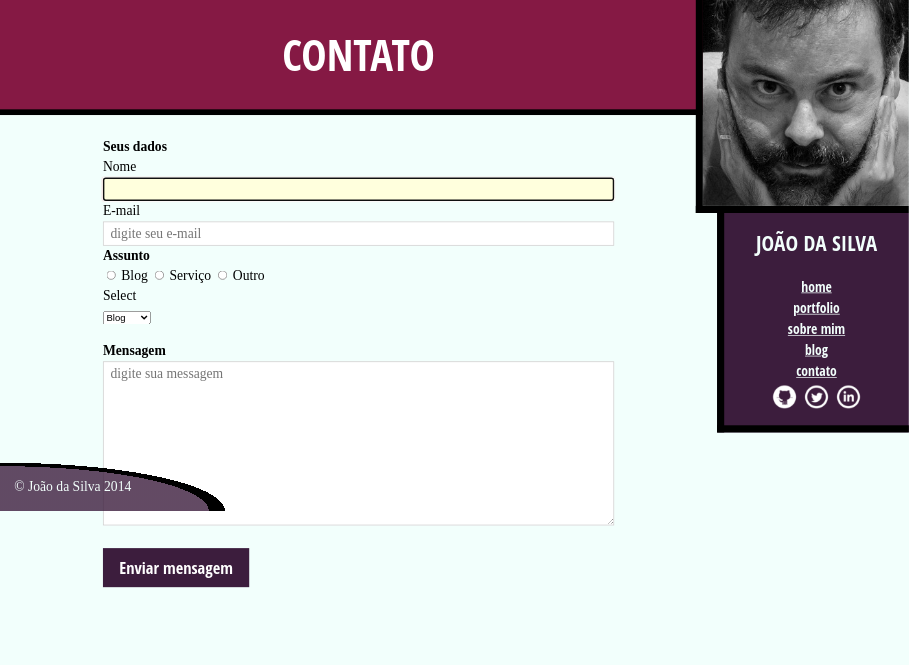
Repository: MichelMiola/html5Css3Avancado
Page: projeto/contato.html
These files come from the project's save history. The page is drawn as it stood at one moment and after the next save; the edit follows.
The browser window is 1280 px wide. The pictures show the whole page, at 71% of full size.
Some web fonts or font styles are not loaded; a fallback is used.

Above is the page before, as saved 2015-03-25 15:13:35.

After the next save:
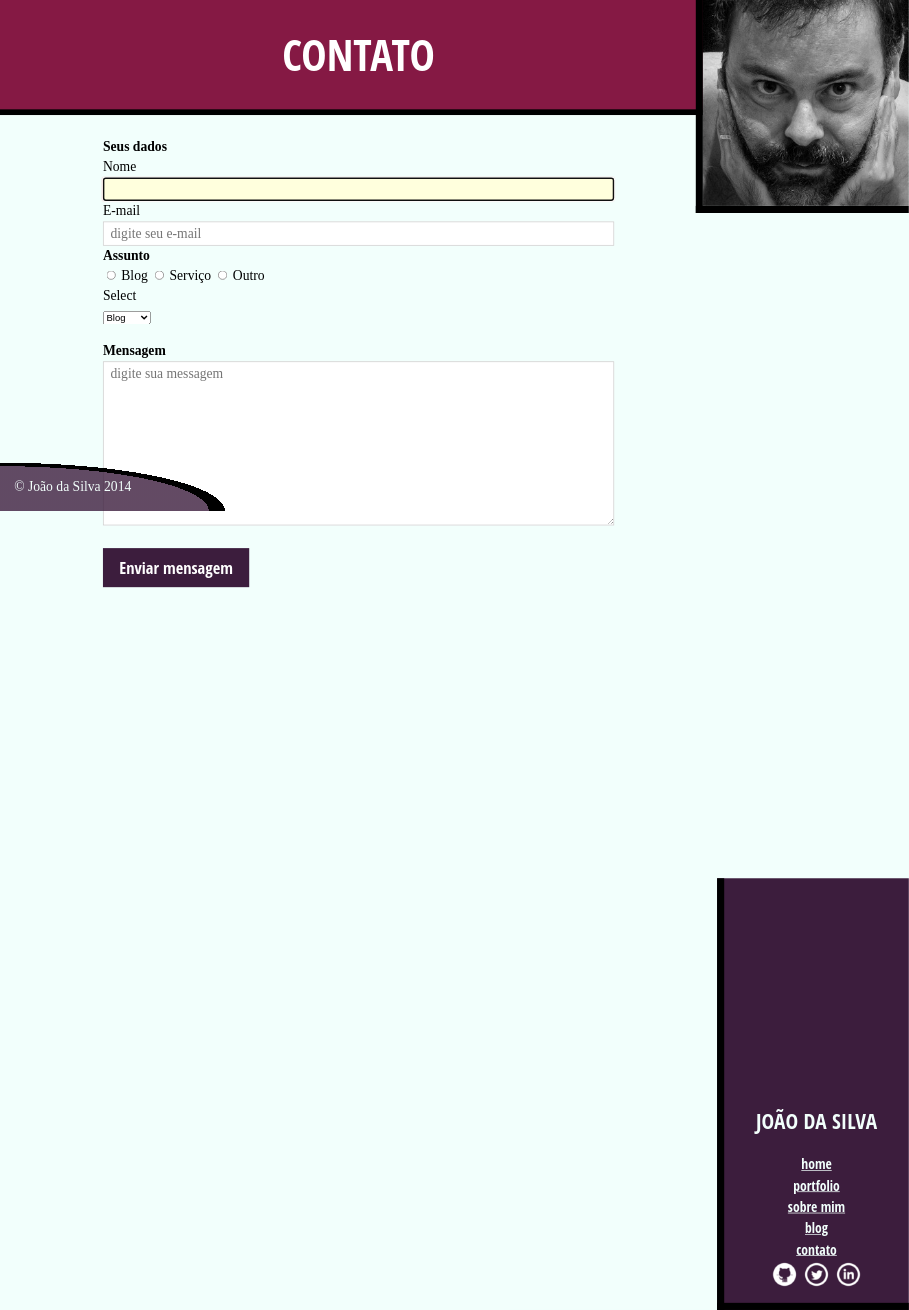
Saved 32 s later.
--- a/projeto/css/site.css
+++ b/projeto/css/site.css
@@ -3,6 +3,9 @@ body {
 	background-color: #F2FFFC;
 	font-size: 120%;
 	line-height: 1.5;
+	display: flex;
+  	flex-wrap: wrap;
+  	display: block;
 }
 
 h1, h2, .subtitulo-principal {
@@ -41,6 +44,7 @@ main p {
 	background-color: #3C1D3D;
 	color: #F2FFFC;
 	padding: 20px;
+	padding-top: calc(300px + 1em);
 }
 
 .navegacao-site a {
@@ -111,10 +115,11 @@ em {
 }
 
 main {
-	width: 80%;
-	float: left;
+	/* width: 80%; */
+	/* float: left; */
 	padding-bottom: 80px;
 	width: calc(100% - 0.9 * 300px);
+	flex-grow: 1;
 }
 
 .minha-foto, .navegacao-site {
@@ -249,39 +254,3 @@ footer a:focus {
   background: black;
   font-size: .75em;
 }
-
-/* adicionamos essa classe aos rótulos que terão ícone */
-.com-icone::after {
-  content: ''; /* não podemos esquecer do content! */
-  background-image: url(../imagens/usuario.png);
-  width: 2em;
-  height: 2em;
-  background-color: #8C1D3D;
-  background-size: 50% 50%; /* para a imagem ter 1em x 1em */
-  background-position: center center;
-  background-repeat: no-repeat;
-}
-
-.com-icone {
-  position: relative;
-}
-
-.com-icone + input {
-  position: relative;
-  left: 2em;
-}
-
-.com-icone::after {
-  position: absolute;
-  top: 100%;
-  left: 0;
-}
-
-.com-icone + input {
-  position: relative;
-  left: 2em;
-}
-
-.com-icone + input {
-  width: calc(100% - 2em);
-}
